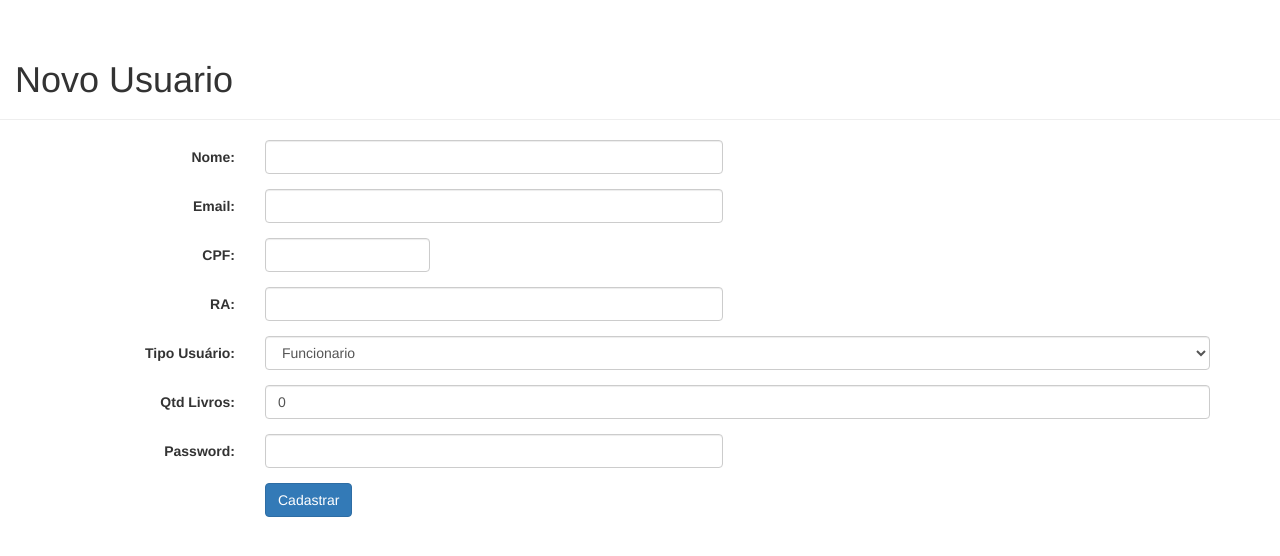
Repository: stefanyco/biblioteca
Page: http://localhost/Biblioteca/usuarioAdicionar.jsp
The author's editor kept a copy of each file at every save. The page is drawn from the files as they stood at one save, then again after the next save.
The browser window is 1280 px wide. The pictures show the whole page.
The page is served by Tomcat 9. Other server files are loaded and not shown.

Above is the page before, as saved 2016-11-06 22:17:27.

### Sistema Biblioteca/Biblioteca/WebContent/usuarioAdicionar.jsp
<%@ page language="java" contentType="text/html; charset=ISO-8859-1"
	pageEncoding="ISO-8859-1"%>
<!DOCTYPE html PUBLIC "-//W3C//DTD HTML 4.01 Transitional//EN" "http://www.w3.org/TR/html4/loose.dtd">
<html>
<head>
<meta http-equiv="Content-Type" content="text/html; charset=ISO-8859-1">
<link href="bootstrap.min.css" rel="stylesheet">
<title>*** Novo Usuario ***</title>
</head>
<body>
	<div class="page-header col-md-12">
		<h1>Novo Usuario</h1>
	</div>
	<div class="container">
		<div class="row">
			<div class="col-xs-12">
				<form action="usuario?acao=cadastrar" class="form-horizontal" method="post">

					<div class="form-group">
						<label for="nome" class="col-xs-2 control-label">Nome:</label>
						<div class="col-xs-5">
							<input type="text" class="form-control" name="nome" required maxlength="50">
						</div>
					</div>
					<div class="form-group">
						<label for="email" class="col-xs-2 control-label">Email:</label>
						<div class="col-xs-5">
							<input type="text" class="form-control" name="email" required maxlength="50">
						</div>
					</div>
					<div class="form-group">
						<label for="cpf" class="col-xs-2 control-label">CPF:</label>
						<div class="col-xs-2">
							<input type="text" class="form-control" name="cpf" required>
						</div>
					</div>
					<div class="form-group">
						<label for="ra" class="col-xs-2 control-label">RA:</label>
						<div class="col-xs-5">
							<input type="text" class="form-control" name="ra" required maxlength="50">
						</div>
					</div>
					<div class="form-group">
							<label class="col-xs-2 control-label">Tipo Usuário:</label>
							<div class="col-xs-10">
								<select class="form-control" name="tipoUsuario">
									<option value="Funcionario">Funcionario</option>
									<option value="Aluno">Aluno</option>
									<option value="Professor">Professor</option>
								</select>
							</div>
					</div>
					<div class="form-group">
							<label for="qtd" class="col-xs-2 control-label" >Qtd Livros:</label>
							<div class="col-xs-10">
								<input value="0" class="form-control" name="qtd" id="Qtd">
							</div>
					</div>
					<div class="form-group">
						<label for="nome" class="col-xs-2 control-label">Password:</label>
						<div class="col-xs-5">
							<input type="password" class="form-control" name="nome" required maxlength="50">
						</div>
					</div>
					<div class="form-group">
						<div class="col-xs-offset-2 col-xs-10">
							<button type="submit" class="btn btn-primary">Cadastrar</button>
						</div>
					</div>
				</form>
			</div>
		</div>
	</div>
</body>
</html>

Loaded but not shown: Sistema Biblioteca/Biblioteca/WebContent/bootstrap.min.css (library)

After the next save:
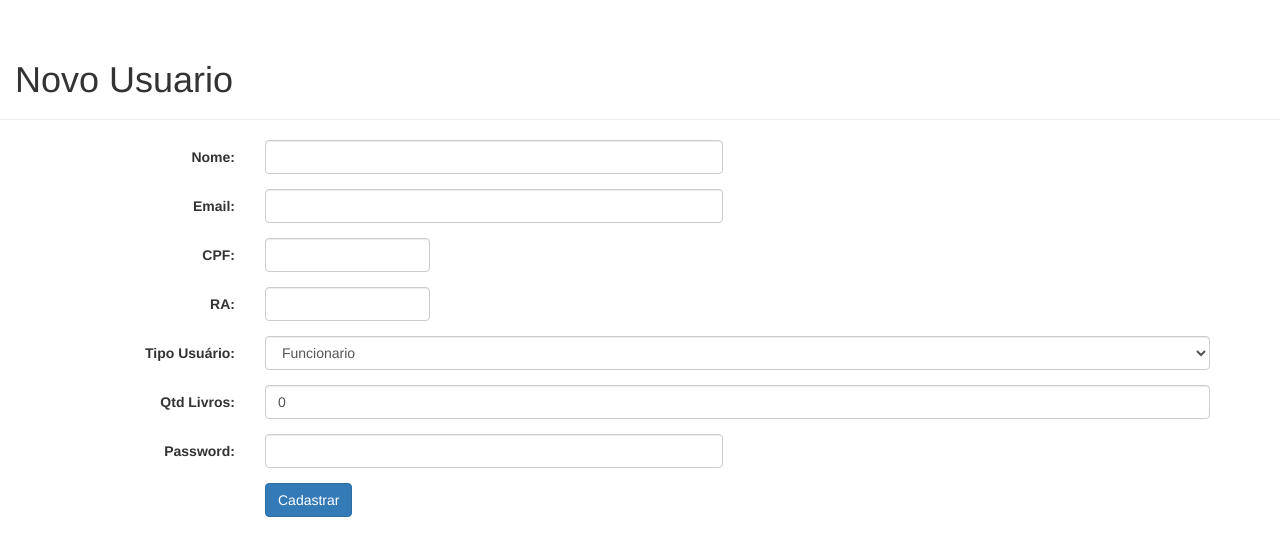
Saved 27 s later.
--- a/Sistema Biblioteca/Biblioteca/WebContent/usuarioAdicionar.jsp
+++ b/Sistema Biblioteca/Biblioteca/WebContent/usuarioAdicionar.jsp
@@ -36,8 +36,8 @@
 					</div>
 					<div class="form-group">
 						<label for="ra" class="col-xs-2 control-label">RA:</label>
-						<div class="col-xs-5">
-							<input type="text" class="form-control" name="ra" required maxlength="50">
+						<div class="col-xs-2">
+							<input type="text" class="form-control" name="ra" required maxlength="15">
 						</div>
 					</div>
 					<div class="form-group">
